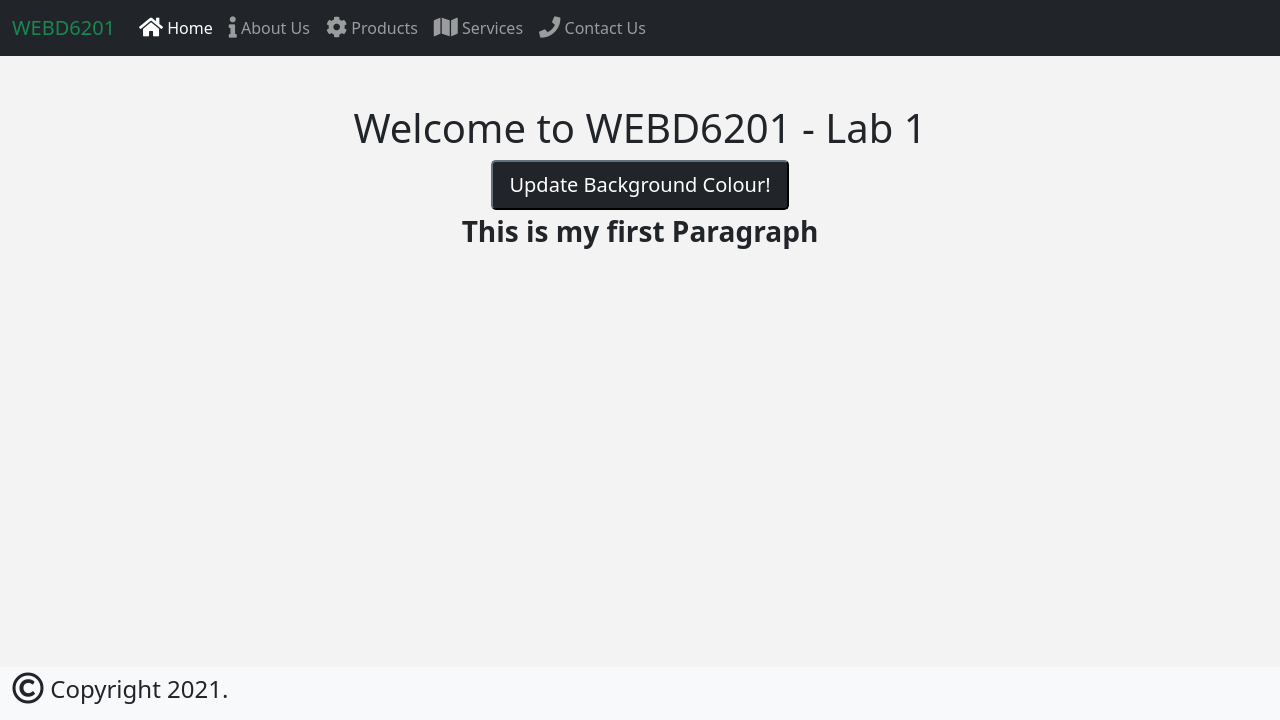
Repository: alto4/Lab-2-Nick-Scott-WEBD6201
Page: index.html
The author's editor kept a copy of each file at every save. The page is drawn from the files as they stood at one save, then again after the next save.
The browser window is 1280 px wide. The pictures show the whole page.

Above is the page before, as saved 2021-01-31 13:39:09.

After the next save:
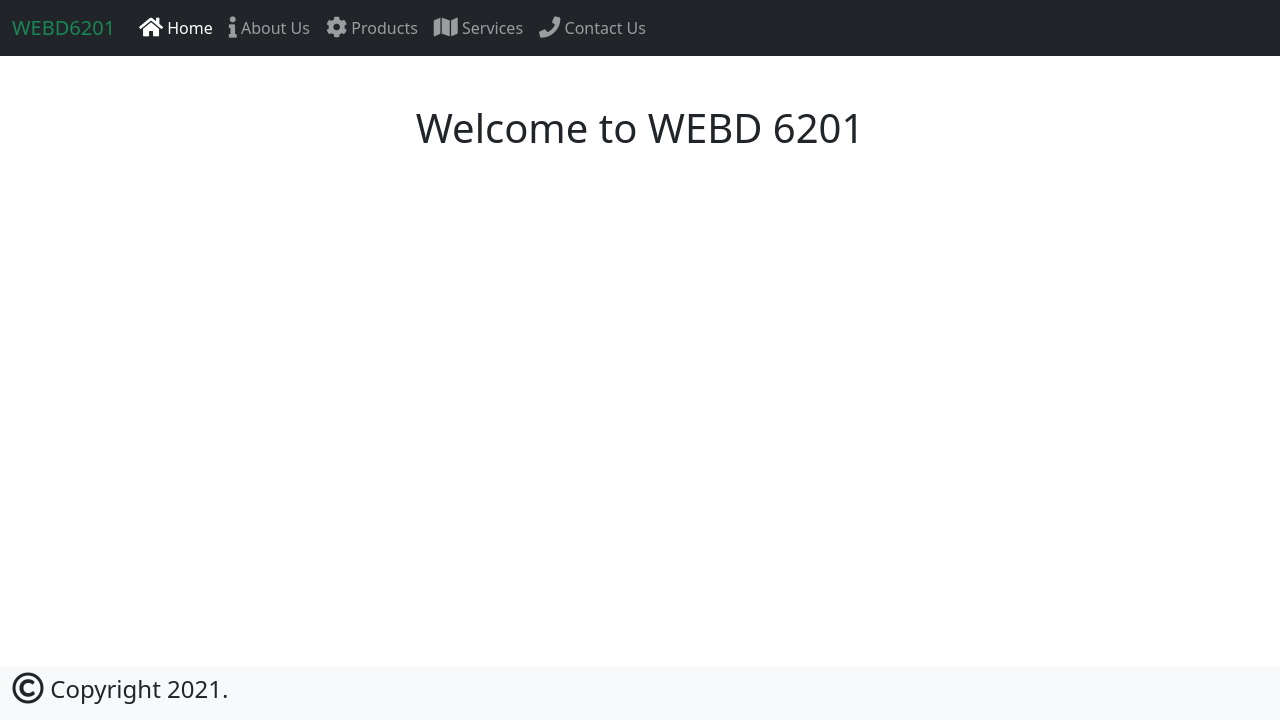
Console error: SyntaxError: Unexpected token '}'
Saved 2 min 15 s later.
--- a/Scripts/app.js
+++ b/Scripts/app.js
@@ -26,6 +26,7 @@
       {
       //  mainContent.insertAdjacentHTML(mainContent, "<p>This was added by a butto</p>")
         document.body.style.backgroundImage = "url('Assets/finnlogo.png')";
+        document.body.style.backgroundImage.
       }
       document.body.style.backgroundColor = "#F3F3F3";
       //document.querySelector("main").style.background = "url(../Assets/finnlogo.ico)";

After the save that followed:
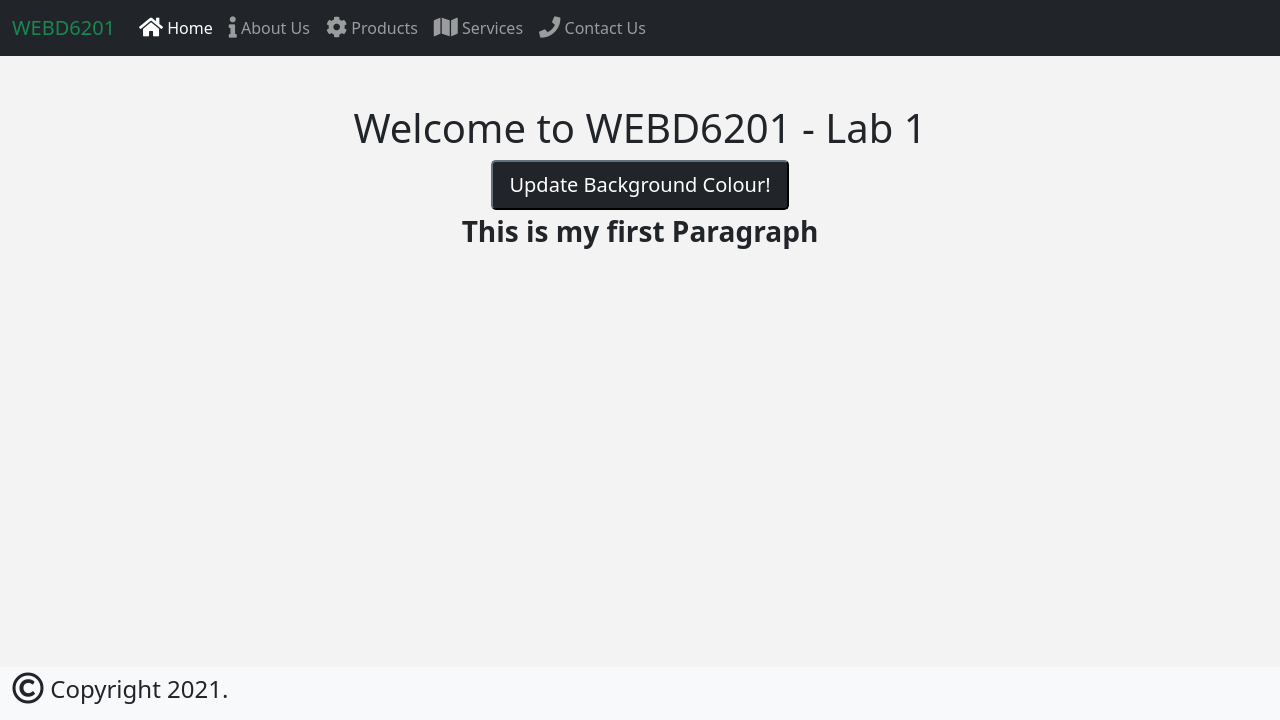
The error is gone.
Saved 91 s later.
--- a/Scripts/app.js
+++ b/Scripts/app.js
@@ -26,7 +26,7 @@
       {
       //  mainContent.insertAdjacentHTML(mainContent, "<p>This was added by a butto</p>")
         document.body.style.backgroundImage = "url('Assets/finnlogo.png')";
-        document.body.style.backgroundImage.
+        document.body.style.backgroundImage
       }
       document.body.style.backgroundColor = "#F3F3F3";
       //document.querySelector("main").style.background = "url(../Assets/finnlogo.ico)";
